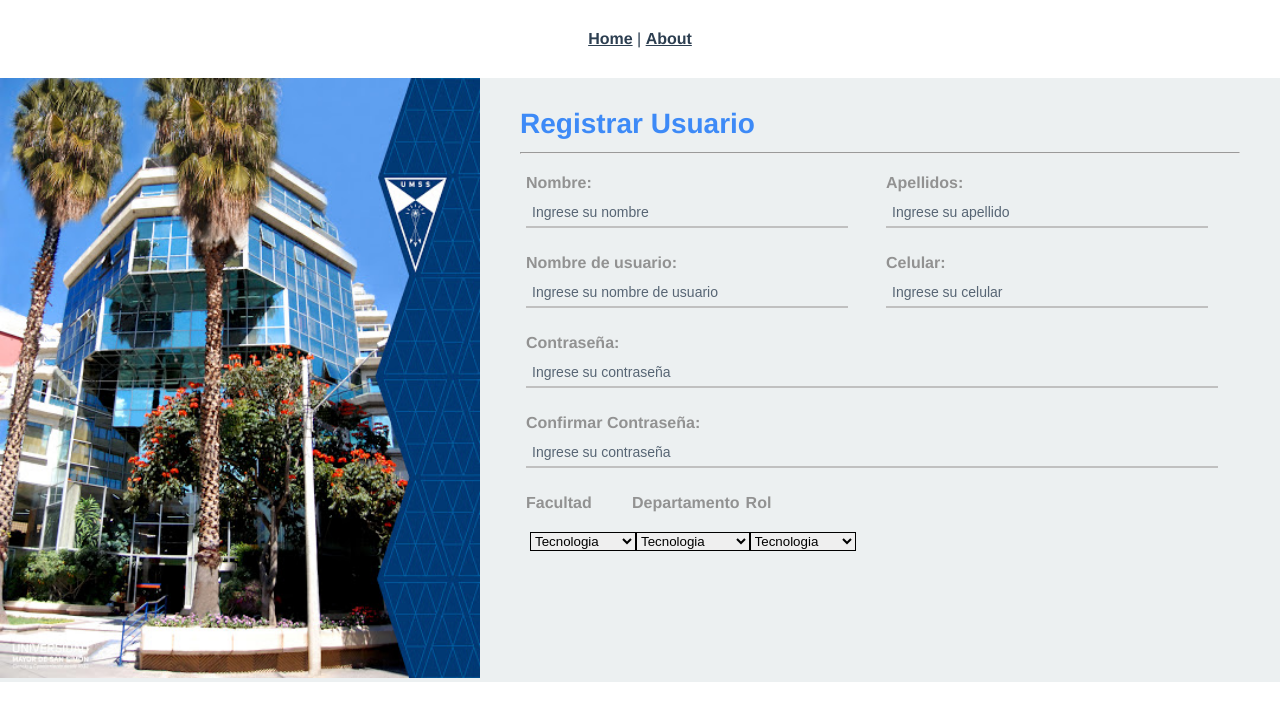
Repository: BritanyTorrico/front-cotizaciones
Page: /register
The author's editor kept a copy of each file at every save. The page is drawn from the files as they stood at one save, then again after the next save.
The browser window is 1280 px wide. The pictures show the whole page.
The project was rebuilt for these pictures with package versions that can differ from the ones it lists, and the page was loaded fresh each time. Also part of the build but not shown: vue.config.js, src/components/HelloWorld.vue, src/views/Home.vue.

Above is the page before, as saved 2021-04-21 19:56:21.

### src/App.vue
<template>
  <div id="app">
    <div id="nav">
      <router-link to="/">Home</router-link> |
      <router-link to="/about">About</router-link>
    </div>
    <router-view />
  </div>
</template>

<style>
* {
  padding: 0;
  margin: 0;
}
:root {
  --color-title: #3d8af7;
  --color-name: #929292;
  --color-line: #c0c0c0;
}
#app {
  font-family: Avenir, Helvetica, Arial, sans-serif;
  -webkit-font-smoothing: antialiased;
  -moz-osx-font-smoothing: grayscale;
  text-align: center;
  color: #2c3e50;
}

#nav {
  padding: 30px;
}

#nav a {
  font-weight: bold;
  color: #2c3e50;
}

#nav a.router-link-exact-active {
  color: #42b983;
}
</style>

### src/router/index.js
import Vue from "vue";
import VueRouter from "vue-router";
import Home from "../views/Home.vue";

Vue.use(VueRouter);

const routes = [{
        path: "/",
        name: "Home",
        component: Home,
    },
    {
        path: "/about",
        name: "About",
        // route level code-splitting
        // this generates a separate chunk (about.[hash].js) for this route
        // which is lazy-loaded when the route is visited.
        component: () =>
            import ( /* webpackChunkName: "about" */ "../views/About.vue"),
    },
    {
        path: "/register",
        name: "RegisterUserPage",
        component: () =>
            import ("../views/RegisterUserPage.vue"),
    },
];

const router = new VueRouter({
    mode: "history",
    base: process.env.BASE_URL,
    routes,
});

export default router;

### src/views/RegisterUserPage.vue
<template>
  <div>
    <register-user />
  </div>
</template>

<script>
import RegisterUser from "@/components/User/RegisterUser.vue";
export default {
  components: { RegisterUser },
  name: "RegisterUserPage",
};
</script>

<style lang="scss" scoped></style>

### src/components/User/RegisterUser.vue
<template>
  <div class="container">
    <form action="">
      <div class="flex-container">
        <div class="form__image">
          <img src="@/assets/edificioUMSS.jpg" alt="" />
        </div>

        <div class="form__datos">
          <div class="form_title">
            <h1>Registrar Usuario</h1>
            <hr class="form__linea" />
          </div>
          <div class="form__section">
            <div class="form__name">
              <label
                ><div class="formulario_label">Nombre:</div>
                <input
                  class="form__input"
                  type="text"
                  placeholder="Ingrese su nombre"
                  required
                />
              </label>
            </div>
            <div class="form__name">
              <label
                ><div class="formulario_label">Apellidos:</div>
                <input
                  class="form__input"
                  type="text"
                  placeholder="Ingrese su apellido"
                  required
                />
              </label>
            </div>
          </div>
          <div class="form__section">
            <div class="form__name">
              <label
                ><div class="formulario_label">Nombre de usuario:</div>
                <input
                  class="form__input"
                  type="text"
                  placeholder="Ingrese su nombre de usuario"
                  required
                />
              </label>
            </div>
            <div class="form__name">
              <label
                ><div class="formulario_label">Celular:</div>
                <input
                  class="form__input"
                  type="text"
                  placeholder="Ingrese su celular"
                />
              </label>
            </div>
          </div>
          <div class="form__section2">
            <div class="formulario_label">Contraseña:</div>
            <input
              type="password"
              class="form__input"
              placeholder="Ingrese su contraseña"
            />
          </div>
          <div class="form__section2">
            <div class="formulario_label">Confirmar Contraseña:</div>
            <input
              type="password"
              class="form__input"
              placeholder="Ingrese su contraseña"
            />
          </div>
          <div class="form__section3">
            <lista-desplegable nombreLista="Facultad"></lista-desplegable>
            <lista-desplegable nombreLista="Departamento"></lista-desplegable>
            <lista-desplegable nombreLista="Rol"></lista-desplegable>
          </div>
        </div>
      </div>
    </form>
  </div>
</template>

<script>
import ListaDesplegable from "./ListaDesplegable.vue";
export default {
  components: { ListaDesplegable },
  name: "RegisterUser",
};
</script>

<style lang="css" scoped>
.flex-container {
  display: flex;
  background-color: #ecf0f1;
}
.form__image {
  width: 40%;
}
.form__image img {
  width: 100%;
  height: 600px;
}

.form__datos {
  width: 60%;
  margin-left: 40px;
  margin-right: 40px;
}
.form_title {
  color: var(--color-title);
  text-align: left;
  font-size: 14px;
}
.form_title h1 {
  padding-top: 30px;
  padding-bottom: 12px;
}
.form__linea {
  color: var(--color-title);
}
.form__input {
  width: 100%;
  padding: 6px;
  margin: 6px 6px;
  border: none;
  border-bottom: 2px solid var(--color-line);
  background-color: transparent;
  color: black;
  font-size: 14px;
}

.form__input:focus {
  background: linear-gradient(to bottom, transparent, #ced6e0);
  outline: none;
  border-bottom: 2px solid #747d8c;
}
::placeholder {
  color: #576574;
}
.form__section {
  margin-top: 20px;
  display: flex;
}
.form__section2 {
  margin-top: 20px;
  margin-right: 40px;
}
.form__section3 {
  display: flex;
}
.formulario_label {
  padding-left: 6px;
  color: var(--color-name);
  text-align: left;
  font-weight: bold;
}
.form__name {
  width: 100%;
  padding-right: 50px;
}
</style>

### src/components/User/ListaDesplegable.vue
<template>
  <div class="container">
    <div class="container__label">{{ nombreLista }}</div>
    <select class="container__list">
      <option v-for="(item, index) in facultad" :key="index" value="1">
        {{ facultad[index] }}</option
      >
    </select>
  </div>
</template>

<script>
export default {
  name: "ListaDesplegable",
  data() {
    return {
      facultad: ["Tecnologia", "Economia", "Derecho"],
    };
  },
  props: {
    nombreLista: String,
  },
};
</script>

<style lang="css" scoped>
.container {
  text-align: left;
  padding-top: 20px;
}
.container__label {
  padding-left: 6px;
  color: var(--color-name);
  margin-bottom: 10px;
  font-weight: bold;
}
.container__list {
  width: 100%;
  margin: 10px;
  border: 1px solid;
}
</style>

Loaded but not shown: public/index.html (common file); src/main.js (common file); src/store/index.js (common file)

After the next save:
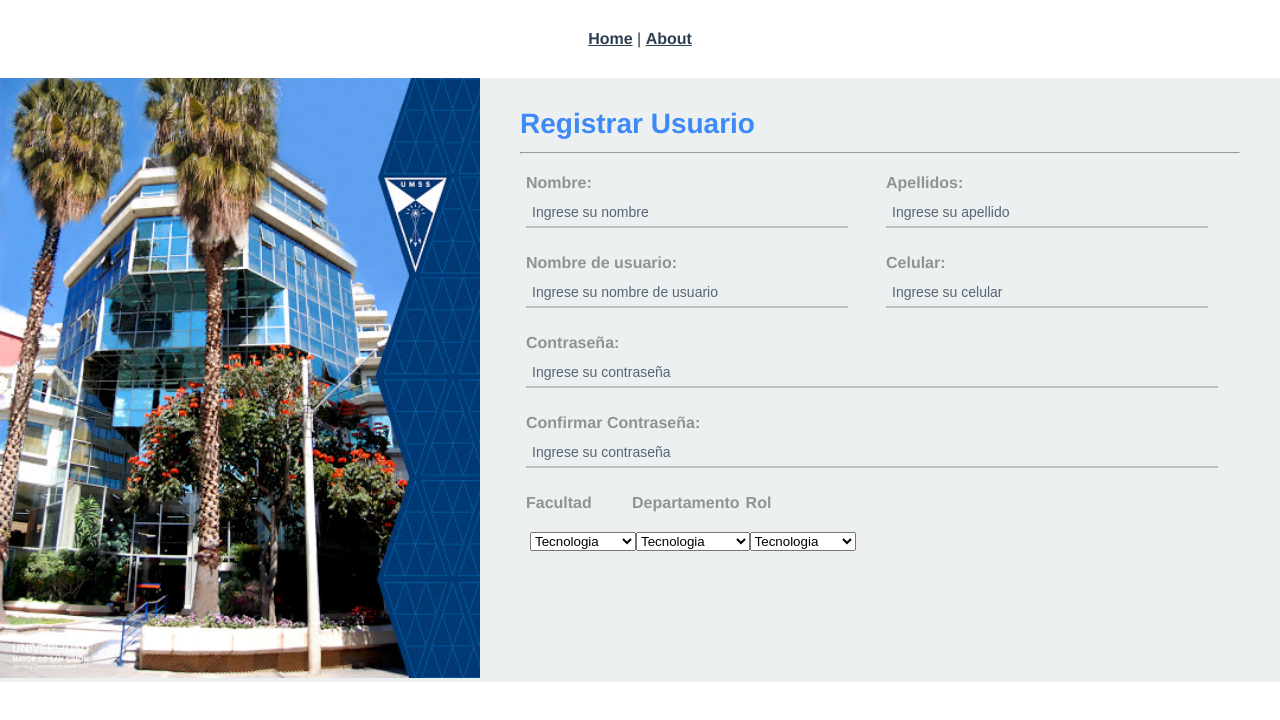
Saved 41 s later.
--- a/src/components/User/ListaDesplegable.vue
+++ b/src/components/User/ListaDesplegable.vue
@@ -2,7 +2,12 @@
   <div class="container">
     <div class="container__label">{{ nombreLista }}</div>
     <select class="container__list">
-      <option v-for="(item, index) in facultad" :key="index" value="1">
+      <option
+        xlass="container__list__option"
+        v-for="(item, index) in facultad"
+        :key="index"
+        value="1"
+      >
         {{ facultad[index] }}</option
       >
     </select>
@@ -37,6 +42,8 @@
 .container__list {
   width: 100%;
   margin: 10px;
+}
+.container__list__option {
   border: 1px solid;
 }
 </style>
